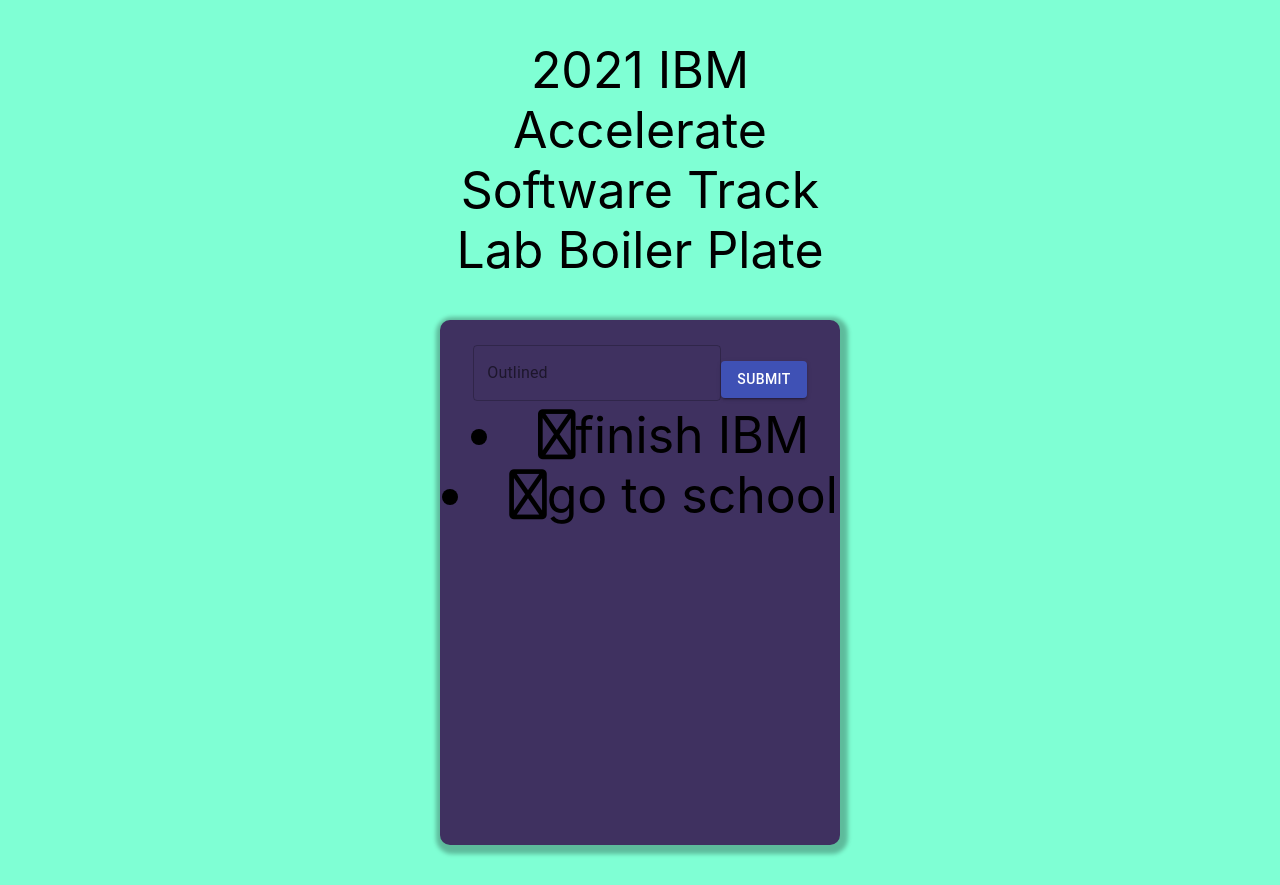
Repository: 2021-IBM-Accelerate-SW-Track/lab-1-team-34
Page: /
These files come from the project's save history. The page is drawn as it stood at one moment and after the next save; the edit follows.
The browser window is 1280 px wide. The pictures show the whole page.
Some web libraries are served in a nearby version. The project was rebuilt for these pictures with package versions that can differ from the ones it lists, and the page was loaded fresh each time.

Above is the page before, as saved 2021-06-13 16:46:32.

### public/index.html
<!DOCTYPE html>
<html lang="en">
  <head>
    <meta charset="utf-8" />
    <meta name="viewport" content="width=device-width, initial-scale=1" />
    <meta name="theme-color" content="#000000" />
    <meta
      name="description"
      content="Web site created using create-react-app"
    />
    <script src="https://kit.fontawesome.com/b9d1aed08a.js" crossorigin="anonymous"></script>

    <!--
      manifest.json provides metadata used when your web app is installed on a
      user's mobile device or desktop. See https://developers.google.com/web/fundamentals/web-app-manifest/
    -->
    <!--
      Notice the use of %PUBLIC_URL% in the tags above.
      It will be replaced with the URL of the `public` folder during the build.
      Only files inside the `public` folder can be referenced from the HTML.

      Unlike "/favicon.ico" or "favicon.ico", "%PUBLIC_URL%/favicon.ico" will
      work correctly both with client-side routing and a non-root public URL.
      Learn how to configure a non-root public URL by running `npm run build`.
    -->
    <title>React App</title>
  </head>
  <body>
    <noscript>You need to enable JavaScript to run this app.</noscript>
    <div id="root"></div>
    <!--
      This HTML file is a template.
      If you open it directly in the browser, you will see an empty page.

      You can add webfonts, meta tags, or analytics to this file.
      The build step will place the bundled scripts into the <body> tag.

      To begin the development, run `npm start` or `yarn start`.
      To create a production bundle, use `npm run build` or `yarn build`.
    -->
  </body>
</html>

### src/App.js
// import Header from "./component/header";
import Page from "./Pages/UI";

import "./App.css";

function App() {
  return (
    <div className="App">
      <Page />
    </div>
  );
}

export default App;

### src/Pages/UI/index.js
import Page from "./page";

export default Page;

### src/App.css
.App {
  text-align: center;
  background: aquamarine;
  font-size: 50px;
}

body {
  margin: 0;
  font-family: -apple-system, BlinkMacSystemFont, "Segoe UI", "Roboto", "Oxygen",
    "Ubuntu", "Cantarell", "Fira Sans", "Droid Sans", "Helvetica Neue",
    sans-serif;
  -webkit-font-smoothing: antialiased;
  -moz-osx-font-smoothing: grayscale;
}

code {
  font-family: source-code-pro, Menlo, Monaco, Consolas, "Courier New",
    monospace;
}
html {
  background: aquamarine;
}

### src/Pages/UI/page.js
import React from "react";
import Header from "../../component/header/header"; // no target file, targets index.js
import Input from "../../component/Input";

function page(props) {
  return (
    <div>
      <Header />
      <Input />
    </div>
  );
}

export default page;

### src/component/header/header.js
export default function Header() {
  return (
    <div className="header">
      2021 IBM Accelerate Software Track Lab Boiler Plate
    </div>
  );
}

### src/component/Input/index.js
import Input from "./input";

export default Input;

### src/component/Input/input.js
import { TextField, Button } from "@material-ui/core";
import React, { useState } from "react";
import "./input.css";

const initialTodo = ["finish IBM", "go to school"];

function Input(props) {
  const [input, setInput] = useState("");
  const [list, setTodo] = React.useState(initialTodo);

  function handleAdd() {
    const newList = list;
    newList.push(input);
    setTodo(newList);
    console.log(list);
    setInput("");
    handleClear();
    // debugger;
  }

  const handleClear = () => {
    Array.from(document.querySelectorAll("input")).forEach((input) => {
      input.value = "";
    });
    Array.from(document.querySelectorAll("textarea")).forEach((textarea) => {
      textarea.value = "";
    });
  };
  return (
    <div className="inputcolor">
      <TextField
        onChange={(event) => {
          setInput(event.target.value);
          console.log(input);
        }}
        // onEnter={() => {
        //   list.push(input);
        // }}
        // id="outlined-basic"
        label="Outlined"
        variant="outlined"
      />

      <Button onClick={handleAdd} variant="contained" color="primary">
        Submit
      </Button>

      {/* list not updating quick but data does get added */}
      {list &&
        list.map((item, index) => {
          return <li key={index}>{item}</li>;
        })}
    </div>
  );
}

export default Input;

### src/component/Input/input.css
.inputcolor {
  background-color: #3f3160;
  min-height: 500px;
  width: 400px;
  margin: 40px auto;
  padding-top: 25px;
  border-radius: 10px;
  box-shadow: 2px 3px 4px 6px #00000044;
}
.inputtext {
  background-color: #00000033;
  border: 0;
  color: #fff;
  width: 200px;

  height: 50px;
  margin: 20px;
  padding: 0 20px;
  font-size: 18px;
  border-radius: 10px;
  padding-right: 10px;
}
.container {
  padding-top: 0px;
  padding-bottom: 30px;
}
.list {
  color: white;
}

ul li {
  padding: 10px 0px;
}

li:before {
  content: "\f00c";
  font-family: "Font Awesome 5 Free";
}

.App {
  background-color: #fec9bb;
  min-height: 500px;
  width: 400px;
  margin: 40px auto;
}
.button {
  background-color: rgba(27, 112, 137, 1);
  border: 0;
  color: #fff;
  width: 100px;

  height: 50px;
  margin: 20px;
  padding: 0 20px;
  font-size: 18px;
  border-radius: 10px;
}

Loaded but not shown: src/index.js (common file)

After the next save:
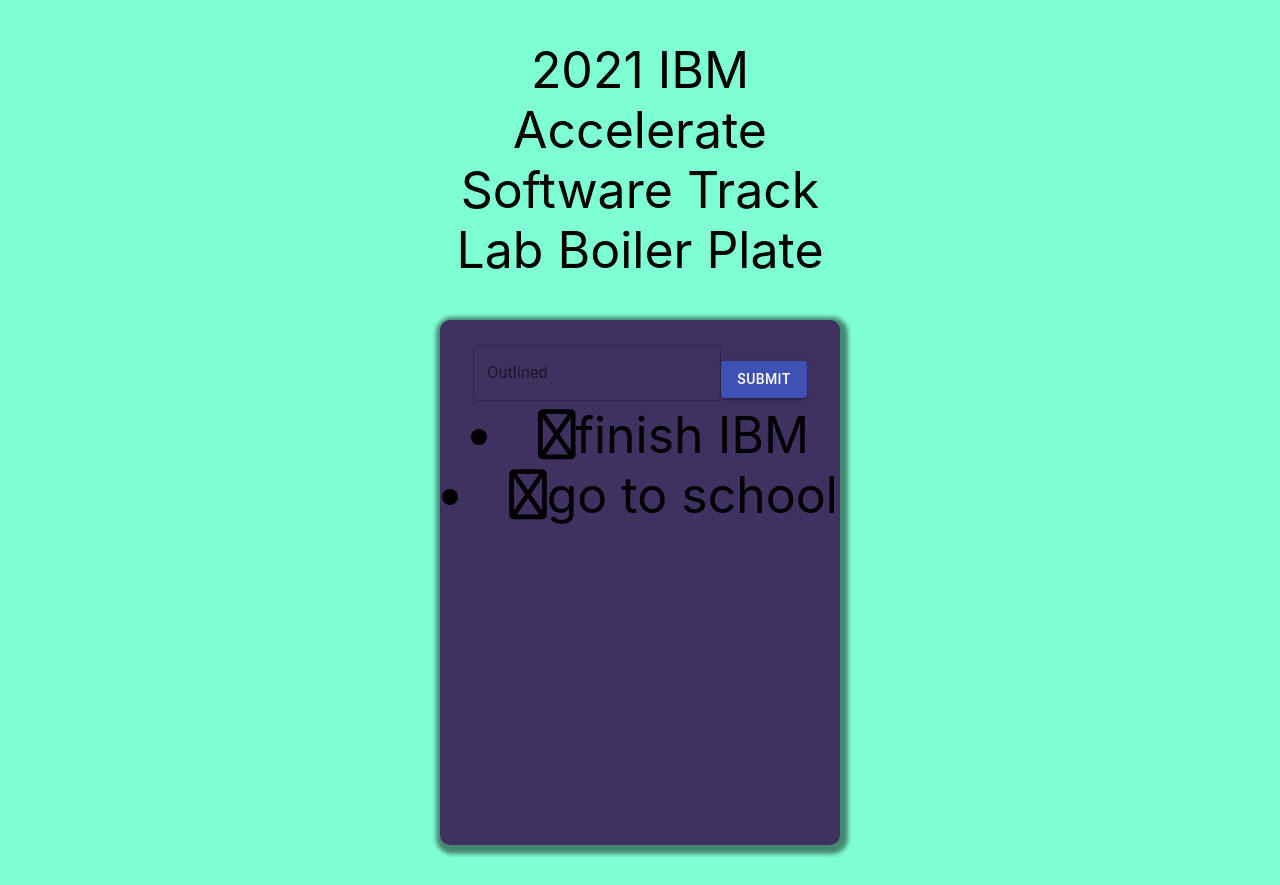
Saved 7 s later.
--- a/src/component/Input/input.css
+++ b/src/component/Input/input.css
@@ -5,7 +5,7 @@
   margin: 40px auto;
   padding-top: 25px;
   border-radius: 10px;
-  box-shadow: 2px 3px 4px 6px #00000044;
+  box-shadow: 2px 3px 4px 6px #00000077;
 }
 .inputtext {
   background-color: #00000033;
